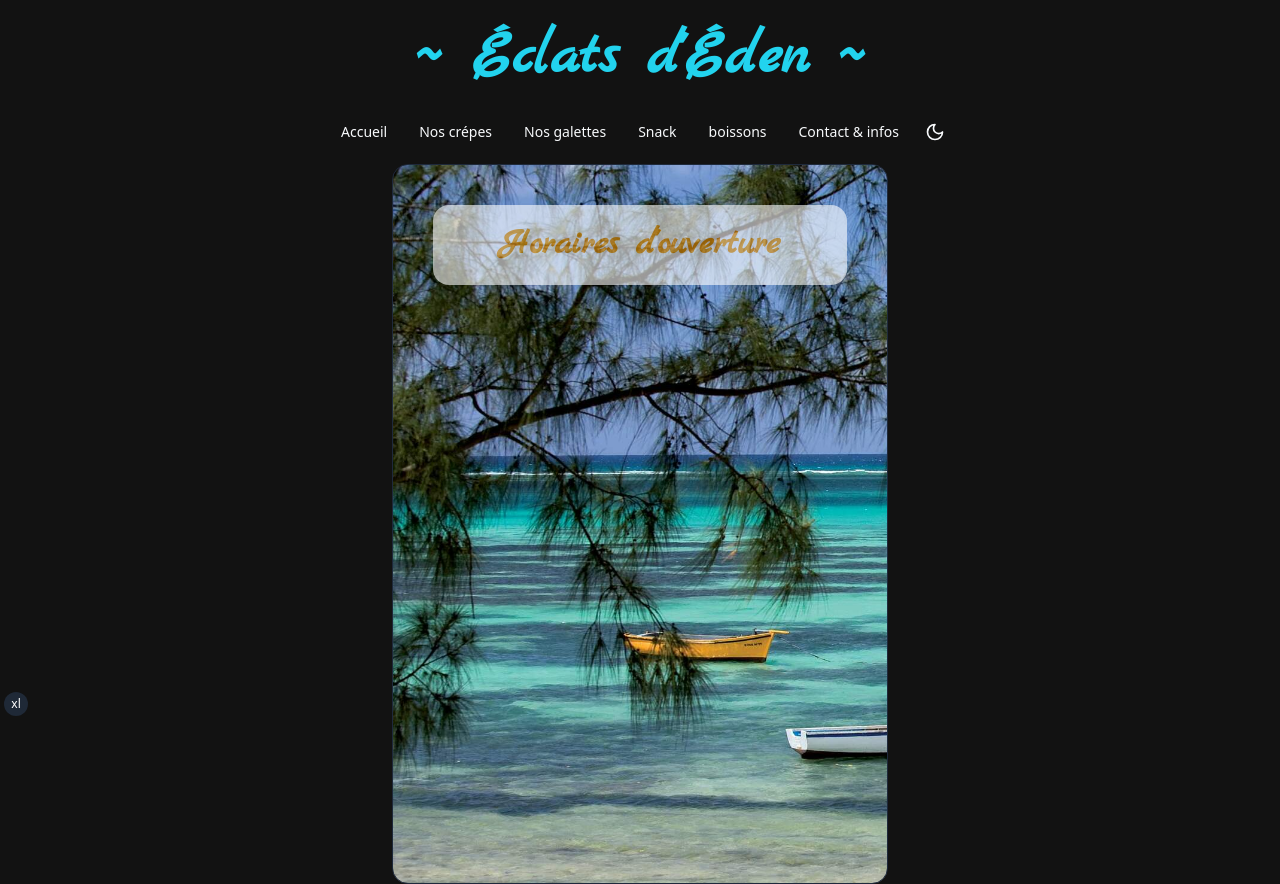
Repository: jeffMauritius/eclats-deden
Page: /schedule
The author's editor kept a copy of each file at every save. The page is drawn from the files as they stood at one save, then again after a run of saves.
The browser window is 1280 px wide. The pictures show the whole page.
The project was rebuilt for these pictures with package versions that can differ from the ones it lists, and the page was loaded fresh each time. The framework's server and built-in components were replaced by stand-ins that run in the browser. Also part of the build but not shown: next.config.mjs.

Above is the page before, as saved 2024-08-13 07:21:08.

After the next 3 saves:
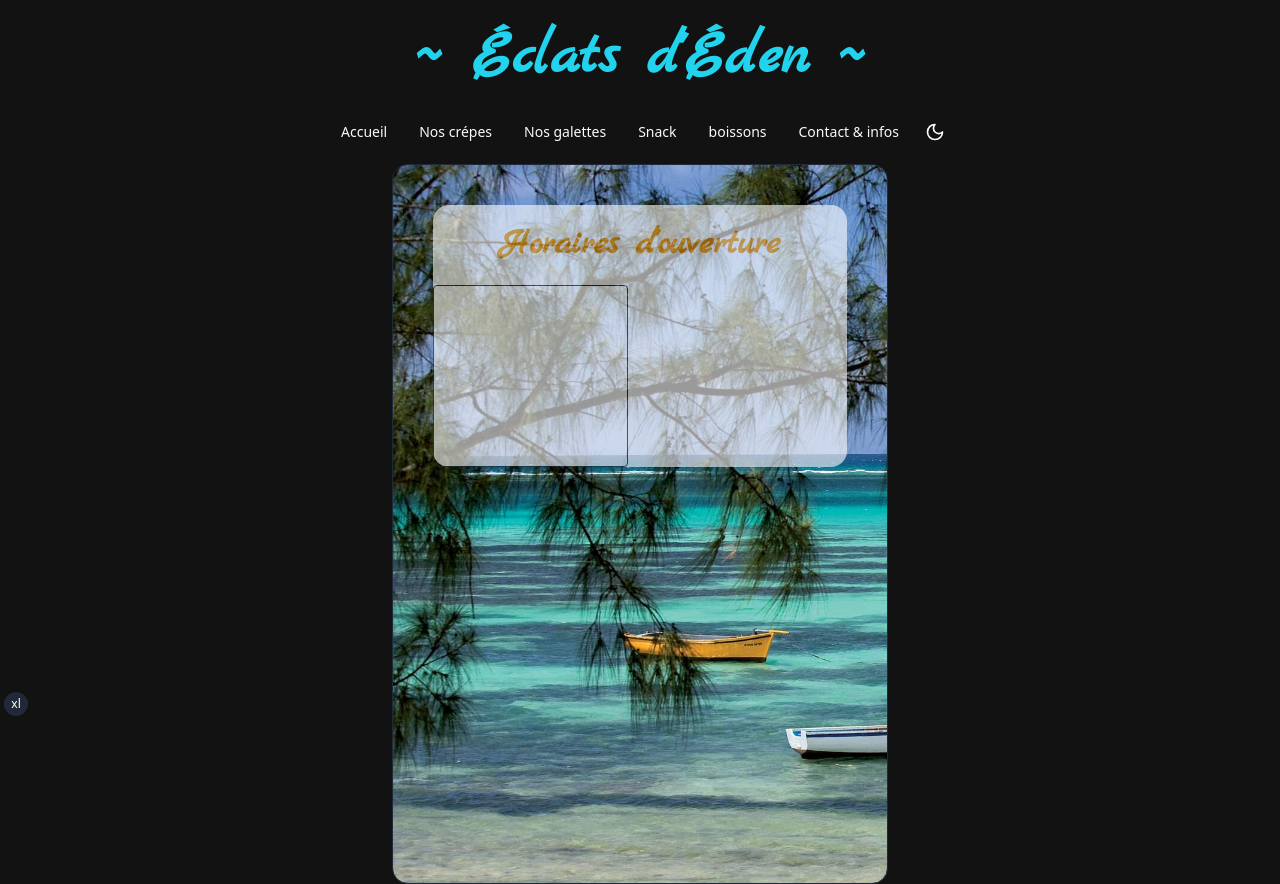
The 3 saves are shown as one change because 2 did not build or start.
The last was saved 2 min 0 s later.
--- a/app/schedule/page.tsx
+++ b/app/schedule/page.tsx
@@ -8,6 +8,14 @@ const SchedulePage = () => {
               <h1 className="p-5 text-center font-display text-4xl font-bold text-amber-500">
                 Horaires d'ouverture
               </h1>
+              <div className="grid gap-6  md:grid-cols-2">
+                <div className="rounded border p-5">
+                  <div className="font-body text-lg">
+                    <p>Adresse: 9 rue de la république, 13001 Marseille</p>
+                    <p>Telephone: 04 91 33 33 33</p>
+                  </div>
+                </div>
+              </div>
             </div>
           </div>
         </div>
